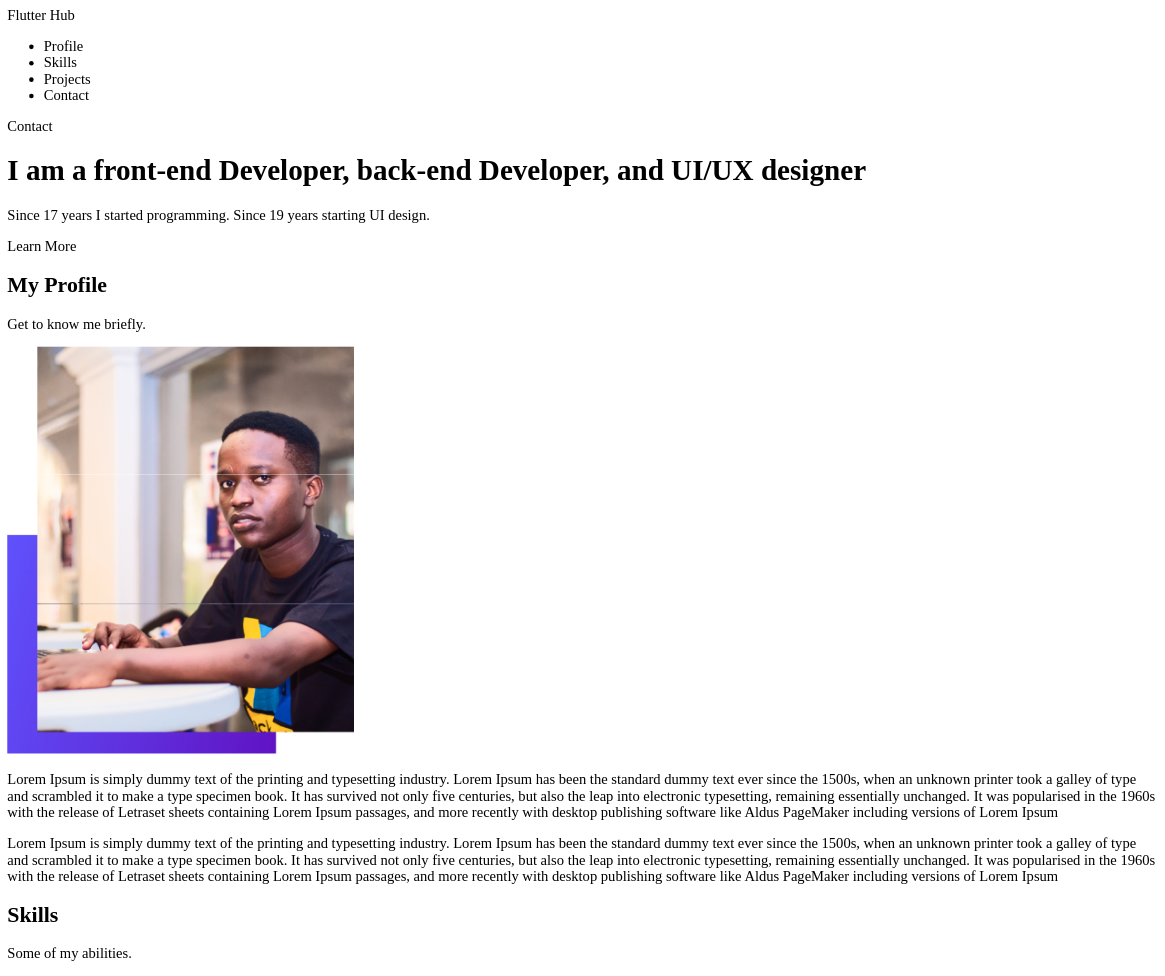
Repository: fhub-1/tutorial
Page: /
An editor plug-in stored every save of this project. The page is shown before and after the next save, followed by the edit.
The browser window is 1280 px wide. The pictures show the whole page, at 91% of full size.
The project was rebuilt for these pictures with package versions that can differ from the ones it lists, and the page was loaded fresh each time. The framework's server and built-in components were replaced by stand-ins that run in the browser. Also part of the build but not shown: next.config.js.

Above is the page before, as saved 2021-06-22 20:20:27.

After the next save:
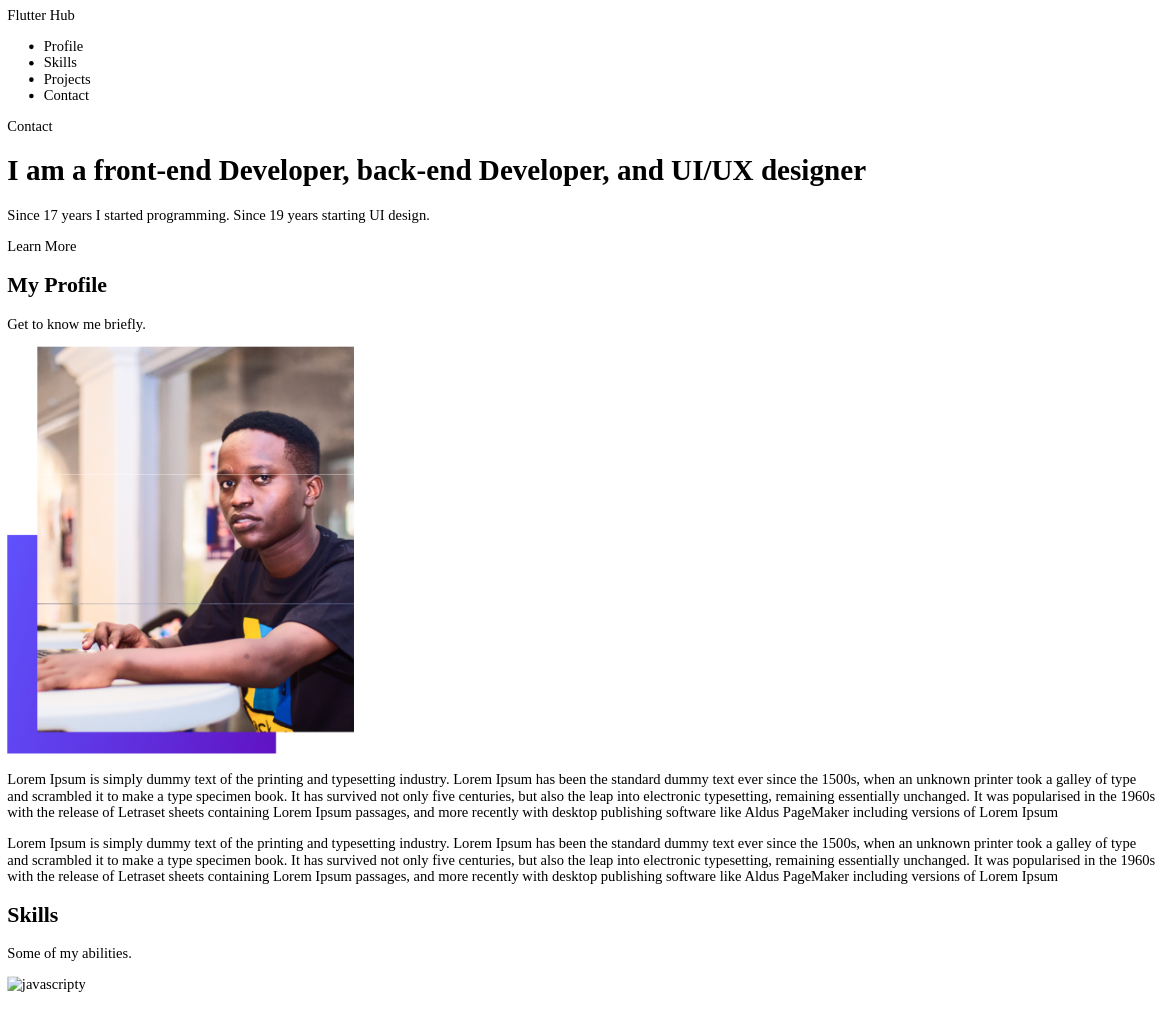
Saved 64 s later.
--- a/components/Sectionskills.js
+++ b/components/Sectionskills.js
@@ -1,4 +1,6 @@
 /* eslint-disable @next/next/no-img-element */
+import SkillCard from "./SkillCard";
+
 export default function Sectionskills() {
     return (
         <section className="py-28 bg-skill">
@@ -7,7 +9,7 @@
                 <p className="text-center text-gray-400 text-lg mt-2">Some of my abilities.</p>
                 <div className="flex">
                     <div className="w-3/12">
-
+                        <SkillCard />
                     </div>
               </div>
             </div>
